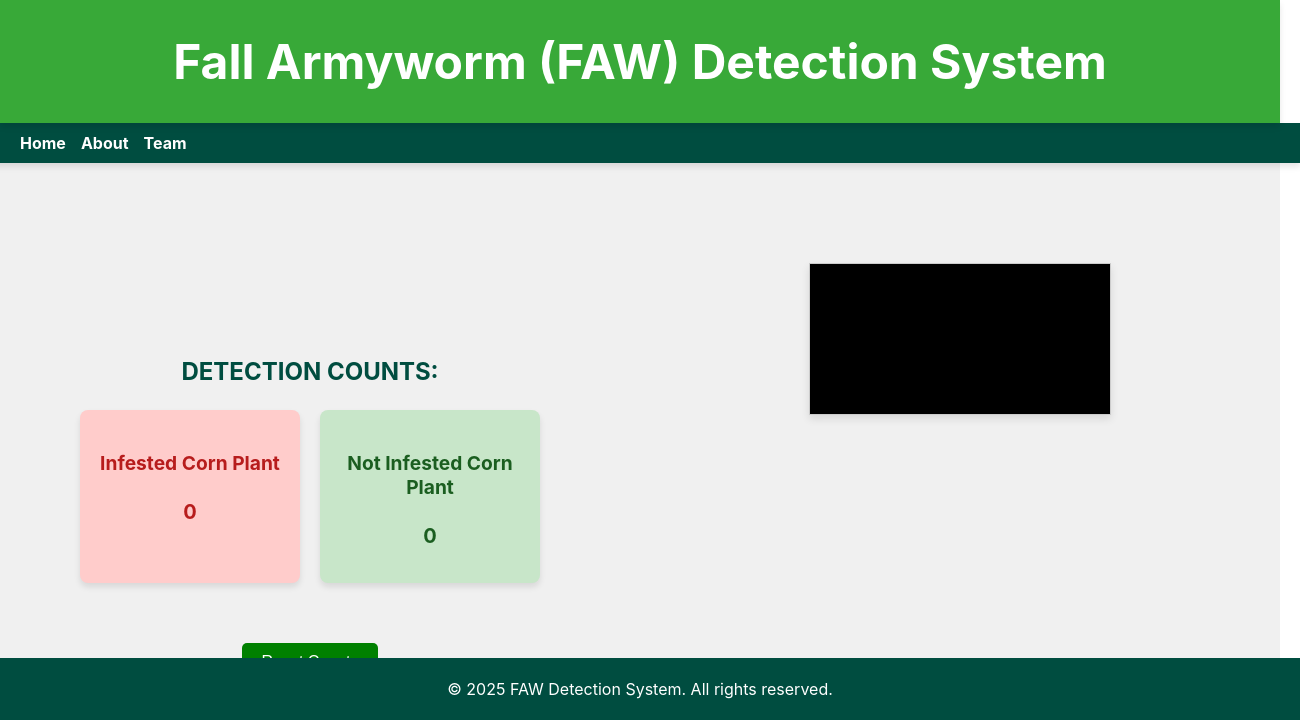
Repository: jansen223/faw-detection-main
Page: /
The author's editor kept a copy of each file at every save. The page is drawn from the files as they stood at one save, then again after the next save.
The browser window is 1280 px wide. The page is 1300 px wide, so the pictures cover 1300 px, including what lies to the right of the window. The pictures show the whole page.
The page's requests for data from a server got no answer. The project was rebuilt for these pictures with package versions that can differ from the ones it lists, and the page was loaded fresh each time. No one was signed in, and anything a server would have sent is missing. Also part of the build but not shown: src/pages/About.css, src/pages/About.js, src/pages/Team.css, src/pages/Team.js.

Above is the page before, as saved 2025-04-10 10:55:06.

### public/index.html
<!DOCTYPE html>
<html lang="en">
<head>
  <meta charset="utf-8" />
  <link rel="icon" href="%PUBLIC_URL%/maize_icon.jpg" />
  <meta name="viewport" content="width=device-width, initial-scale=1" />
  <meta name="theme-color" content="#000000" />
  <meta name="description" content="FAW Detection Web Interface" />
  <title>FAW Detection</title>
</head>
<body>
  <noscript>You need to enable JavaScript to run this app.</noscript>
  <div id="root"></div>
</body>
</html>

### src/App.js
import React, { useEffect, useRef } from 'react';
import { BrowserRouter as Router, Routes, Route, Link } from 'react-router-dom';
import { io } from 'socket.io-client';
import Home from './pages/Home';
import About from './pages/About';
import Team from './pages/Team';
import './App.css';

function App() {
  const canvasRef = useRef(null);
  const socketRef = useRef(null);
  const [counts, setCounts] = React.useState({ infested: 0, notInfested: 0 });

  useEffect(() => {
    socketRef.current = io('http://192.168.254.115:5000');

    let lastRenderTime = 0;
    socketRef.current.on('video_frame', (data) => {
      const now = Date.now();
      if (now - lastRenderTime < 100) return; // Skip frames if less than 100ms
      lastRenderTime = now;

      const img = new Image();
      img.src = `data:[embedded picture, 38 characters]

      img.onload = () => {
        const canvas = canvasRef.current;
        if (!canvas) return;
        const ctx = canvas.getContext('2d');
        canvas.width = img.width;
        canvas.height = img.height;
        ctx.drawImage(img, 0, 0);
      };
    });

    socketRef.current.on('detection_counts', (data) => {
      setCounts({
        infested: data.infested_count,
        notInfested: data.not_infested_count
      });
    });

    return () => {
      if (socketRef.current) socketRef.current.disconnect();
    };
  }, []);

  const resetCounts = async () => {
    try {
      const response = await fetch('http://192.168.0.17:5000/reset_counts', {
        method: 'POST',
      });
      const data = await response.json();
      if (data.message) {
        setCounts({ infested: 0, notInfested: 0 });
        alert(data.message);
      }
    } catch (error) {
      console.error('Error resetting counts:', error);
    }
  };

  return (
    <Router>
      <div className="App">
        <header className="App-header">
          <h1>Fall Armyworm (FAW) Detection System</h1>
        </header>
        <nav className="App-navbar">
          <ul>
            <li><Link to="/">Home</Link></li>
            <li><Link to="/about">About</Link></li>
            <li><Link to="/team">Team</Link></li>
          </ul>
        </nav>
        <Routes>
          <Route path="/" element={<Home canvasRef={canvasRef} counts={counts} resetCounts={resetCounts} />} />
          <Route path="/about" element={<About />} />
          <Route path="/team" element={<Team />} />
        </Routes>
        <footer className="App-footer">
          <p>&copy; 2025 FAW Detection System. All rights reserved.</p>
        </footer>
      </div>
    </Router>
  );
}

export default App;

### src/pages/Home.js
import React from 'react';
import './Home.css';

function Home({ canvasRef, counts, resetCounts }) {
  return (
    <div className="layout-container">
      {/* Detection Section */}
      <div className="detection-section">
        <h3>DETECTION COUNTS:</h3>
        <div className="detection-cards">
          <div className="card infested">
            <h4>Infested Corn Plant</h4>
            <p>{counts.infested}</p>
          </div>
          <div className="card not-infested">
            <h4>Not Infested Corn Plant</h4>
            <p>{counts.notInfested}</p>
          </div>
        </div>
        <button onClick={resetCounts} className="reset-button">
          Reset Counts
        </button>
      </div>

      {/* Camera Section */}
      <div className="camera-section">
        <canvas ref={canvasRef} />
      </div>
    </div>
  );
}

export default Home;

### src/App.css
body {
  margin: 0;
  padding: 0;
}

.App {
  text-align: center;
  background-color: #f0f0f0;
  min-height: 100vh;
  display: flex;
  flex-direction: column;
  align-items: center;
}

.App-header {
  background-color: rgba(9, 151, 9, 0.795);
  color: white;
  text-align: center;
  font-size: 1.5rem;
  font-weight: bold;
  box-shadow: 0 4px 6px rgba(0, 0, 0, 0.1);
  position: sticky;
  top: 0;
  z-index: 1000;
  width: 100%;
  margin: 0;
  box-sizing: border-box;
}

.App-navbar {
  background-color: #004d40;
  color: white;
  padding: 10px 20px;
  position: sticky;
  display: flex;
  justify-content: space-between;
  align-items: center;
  box-shadow: 0 4px 6px rgba(0, 0, 0, 0.1);
  width: 100%;
}

.App-navbar ul {
  list-style: none;
  display: flex;
  gap: 15px;
  margin: 0;
  padding: 0;
  padding-left: 20px;
}

.App-navbar a {
  color: white;
  text-decoration: none;
  font-weight: bold;
}

.App-navbar a:hover {
  text-decoration: underline;
}

.App-footer {
  background-color: #004d40;
  color: white;
  padding: 5px 20px;
  text-align: center;
  position: fixed;
  bottom: 0;
  width: 100%;
}

### src/pages/Home.css
.layout-container {
  display: flex;
  justify-content: center;
  align-items: flex-start;
  gap: 100px;
  width: 100%;
  padding: 20px;
  box-sizing: border-box;
}

.detection-section {
  flex: 1;
  max-width: 600px;
  text-align: center;
  margin-top: 150px;
  margin-left: 60px;
  margin-right: 20px;
}

.detection-section h3 {
  font-size: 1.5rem;
  font-weight: bold;
  color: #004d40;
}

.detection-cards {
  display: flex;
  gap: 20px;
  margin-top: 10px;
}

.detection-cards .card {
  padding: 15px;
  border-radius: 8px;
  box-shadow: 0 4px 6px rgba(0, 0, 0, 0.1);
  text-align: center;
  flex: 1;
  transition: transform 0.3s ease;
}

.detection-cards .card:hover {
  transform: scale(1.05);
}

.detection-cards .card.infested {
  background-color: #ffcccb;
  color: #b71c1c;
}

.detection-cards .card.not-infested {
  background-color: #c8e6c9;
  color: #1b5e20;
}

.detection-cards .card h4 {
  font-size: 1.2rem;
}

.detection-cards .card p {
  font-size: 1.25rem;
  font-weight: bold;
}

.camera-section {
  flex: 2;
  display: flex;
  justify-content: center;
  max-width: 600px;
}

canvas {
  box-shadow: 0 4px 8px rgba(0, 0, 0, 0.1);
  background: black;
  margin-top: 80px;
  max-width: 100%;
  border: 1px solid #ccc;
}

.reset-button {
  margin-top: 60px;
  padding: 10px 20px;
  background-color: green;
  color: white;
  border: none;
  border-radius: 5px;
  cursor: pointer;
  font-size: 1rem;
  transition: background-color 0.3s ease;
}

.reset-button:hover {
  background-color: darkgreen;
}

Loaded but not shown: src/index.js (common file); src/index.css (common file); src/reportWebVitals.js (common file)

After the next save:
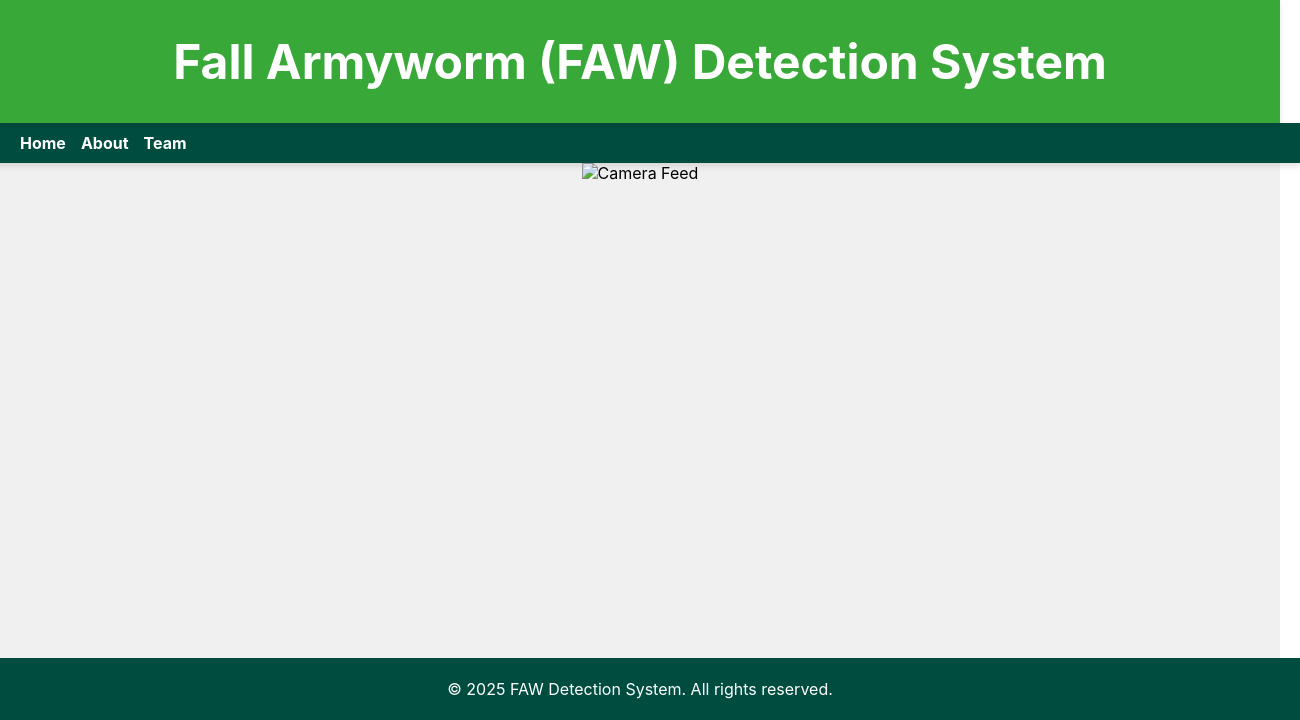
Saved 11 min 25 s later.
--- a/src/pages/Home.js
+++ b/src/pages/Home.js
@@ -1,31 +1,10 @@
 import React from 'react';
 import './Home.css';
 
-function Home({ canvasRef, counts, resetCounts }) {
+function Home() {
   return (
-    <div className="layout-container">
-      {/* Detection Section */}
-      <div className="detection-section">
-        <h3>DETECTION COUNTS:</h3>
-        <div className="detection-cards">
-          <div className="card infested">
-            <h4>Infested Corn Plant</h4>
-            <p>{counts.infested}</p>
-          </div>
-          <div className="card not-infested">
-            <h4>Not Infested Corn Plant</h4>
-            <p>{counts.notInfested}</p>
-          </div>
-        </div>
-        <button onClick={resetCounts} className="reset-button">
-          Reset Counts
-        </button>
-      </div>
-
-      {/* Camera Section */}
-      <div className="camera-section">
-        <canvas ref={canvasRef} />
-      </div>
+    <div className="camera-section">
+      <img src="http://<ESP32_IP>/stream" alt="Camera Feed" style={{ maxWidth: '100%' }} />
     </div>
   );
 }

After the save that followed:
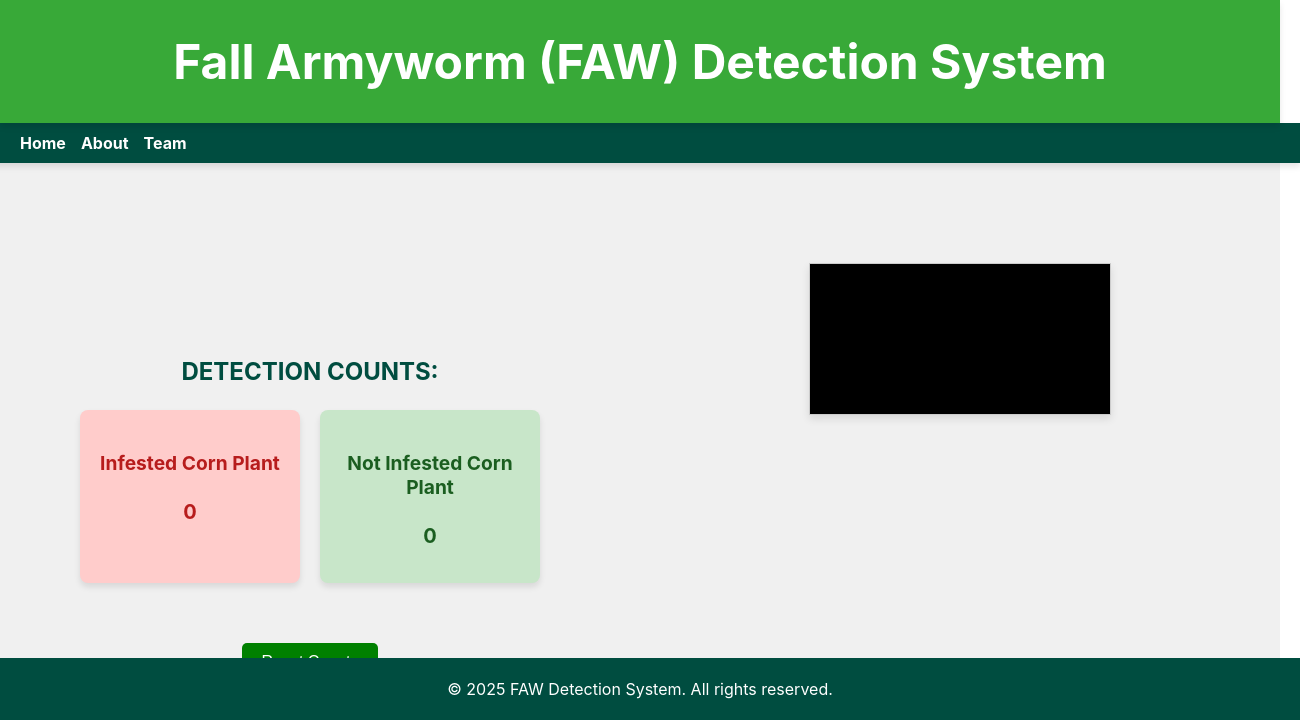
Saved 44 s later.
--- a/src/pages/Home.js
+++ b/src/pages/Home.js
@@ -1,10 +1,31 @@
 import React from 'react';
 import './Home.css';
 
-function Home() {
+function Home({ canvasRef, counts, resetCounts }) {
   return (
-    <div className="camera-section">
-      <img src="http://<ESP32_IP>/stream" alt="Camera Feed" style={{ maxWidth: '100%' }} />
+    <div className="layout-container">
+      {/* Detection Section */}
+      <div className="detection-section">
+        <h3>DETECTION COUNTS:</h3>
+        <div className="detection-cards">
+          <div className="card infested">
+            <h4>Infested Corn Plant</h4>
+            <p>{counts.infested}</p>
+          </div>
+          <div className="card not-infested">
+            <h4>Not Infested Corn Plant</h4>
+            <p>{counts.notInfested}</p>
+          </div>
+        </div>
+        <button onClick={resetCounts} className="reset-button">
+          Reset Counts
+        </button>
+      </div>
+
+      {/* Camera Section */}
+      <div className="camera-section">
+        <canvas ref={canvasRef} />
+      </div>
     </div>
   );
 }
